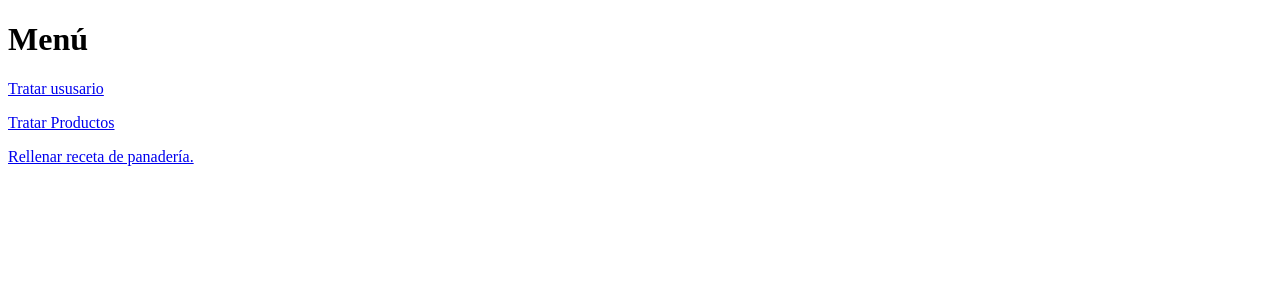
Repository: EusebioLopRob/workSpaceEclipse
Page: A14_MVC_JSP_Bol4/WebContent/index.html
An editor plug-in stored every save of this project. The page is shown before and after the next save, followed by the edit.
The browser window is 1280 px wide. The pictures show the whole page.

Above is the page before, as saved 2022-04-04 09:57:26.

### A14_MVC_JSP_Bol4/WebContent/index.html
<!DOCTYPE html>
<html>
<head>
<meta charset="UTF-8">
<title>Inicio</title>
</head>
<body>
	<h1>Menú</h1>
	<p><a href="tratarUsuario.html">Tratar ususario</a></p>
	<p><a href="Controlador_TodosProductos">Tratar Productos</a></p>
	<p><a href=#>Rellenar receta de panadería.</a></p>
</body>
</html>

After the next save:
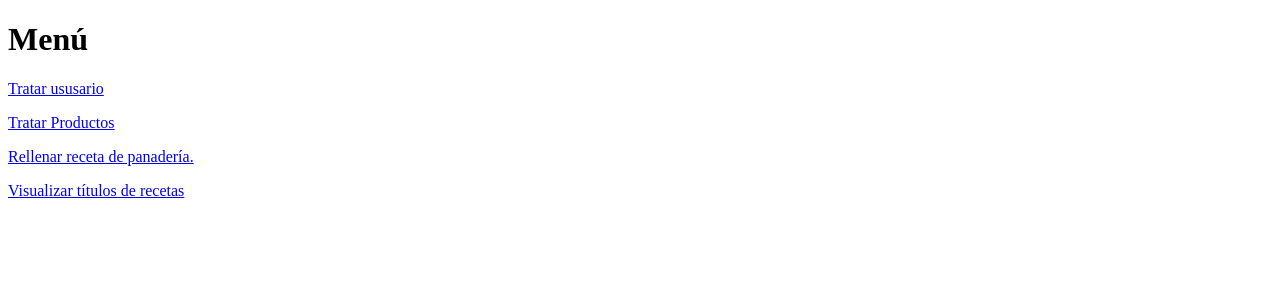
Saved 41 s later.
--- a/A14_MVC_JSP_Bol4/WebContent/index.html
+++ b/A14_MVC_JSP_Bol4/WebContent/index.html
@@ -9,5 +9,6 @@
 	<p><a href="tratarUsuario.html">Tratar ususario</a></p>
 	<p><a href="Controlador_TodosProductos">Tratar Productos</a></p>
 	<p><a href=#>Rellenar receta de panadería.</a></p>
+	<p><a href=#>Visualizar títulos de recetas</a></p>
 </body>
 </html>
